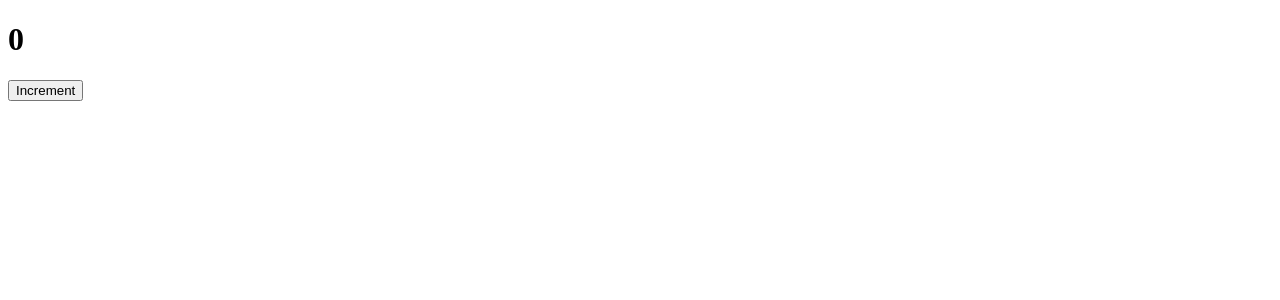
Repository: otvertka/ulb2_react
Page: / (app in jk_project/)
An editor plug-in stored every save of this project. The page is shown before and after a run of saves, followed by the edit.
The browser window is 1280 px wide. The pictures show the whole page.
The project was rebuilt for these pictures with package versions that can differ from the ones it lists, and the page was loaded fresh each time.

Above is the page before, as saved 2023-09-07 11:17:03.

After the next 5 saves:
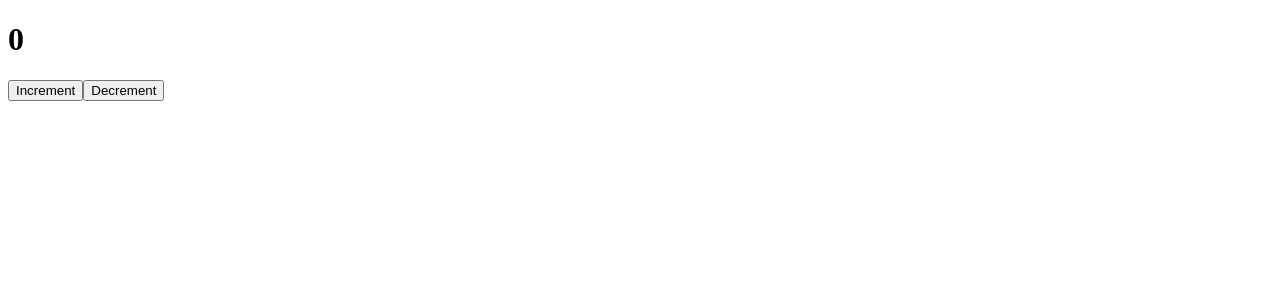
The 5 saves are shown as one change because 4 did not build or start.
The last was saved 3 min 16 s later.
--- a/jk_project/src/App.js
+++ b/jk_project/src/App.js
@@ -3,13 +3,18 @@ import React, { useState } from "react";
 function App() {
   const [count, setCount] = useState(0);
 
-  function incr() {}
+  function incr() {
+    setCount(count + 1);
+  }
+  function decr() {
+    setCount(count - 1);
+  }
 
   return (
     <div className="App">
       <h1>{count}</h1>
       <button onClick={incr}>Increment </button>
-      {/* <button onClick={() => (likes -= 1)}>Increment </button> */}
+      <button onClick={decr}>Decrement </button>
     </div>
   );
 }
